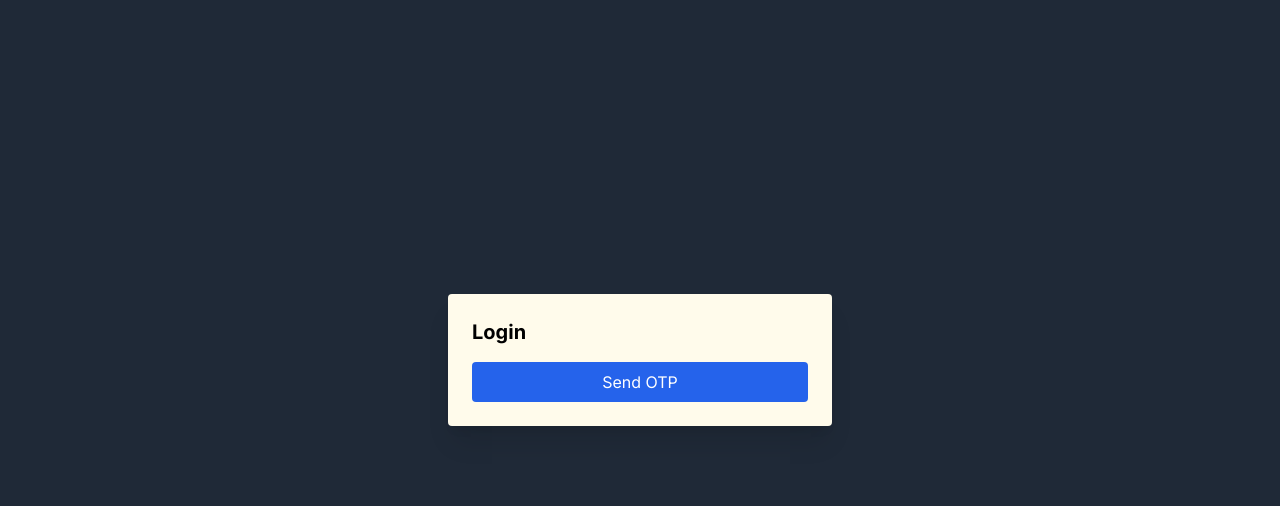
Repository: MaramMaryam/jedu
Page: /otp-login
These files come from the project's save history. The page is drawn as it stood at one moment and after the next save; the edit follows.
The browser window is 1280 px wide. The pictures show the whole page.
The project was rebuilt for these pictures with package versions that can differ from the ones it lists, and the page was loaded fresh each time. The framework's server and built-in components were replaced by stand-ins that run in the browser. Also part of the build but not shown: next.config.mjs.

Above is the page before, as saved 2024-09-01 13:26:44.

### src/app/otp-login/page.tsx
// 'use client'
// import React from "react";
// import { Formik, Form } from 'formik';
// import { TextInputBox } from '../components/forms/TextInputBox';
// import { loginOtpSchema } from "./validation";
// import { useRouter } from "next/navigation";
// import { Routes } from "../utils/endPoinrs";


// interface otp {
//   mobile: string,
// }
// export default function LoginOtp() {

//    const initVal: otp = { mobile: '09199999999' }
//    const router = useRouter();
//    const handleNavigation = (value:otp) => {
//     router.push(Routes.posts.POSTS); // Navigate to the About page
//     console.log(value)
//   };
//   return (
//     <div className="flex items-center justify-center min-h-screen bg-gray-800">
//         <Formik  initialValues={initVal}
//       validationSchema={loginOtpSchema}
//       onSubmit={handleNavigation}>
// {() => (
//         <Form className="bg-amber-50 p-6 rounded shadow-xl w-96">
//           <h1 className="text-xl font-bold mb-4">Login</h1>
//           <TextInputBox label="Mobile" name="mobile" type="text" placeholder="Enter your Mobile" />
//           <button type="submit" className="w-full bg-blue-600 text-white p-2 rounded hover:bg-blue-700">
//             Login
//           </button>
//         </Form>
//       )}
//         </Formik>

//   </div>
//   );
// }




















// pages/loginOtp.js
'use client';

import React, { useState } from "react";
import { Formik, Form } from 'formik';
import { TextInputBox } from '../components/forms/TextInputBox'; // Ensure this component exists
import { loginOtpSchema } from "./validation"; // Ensure this schema is defined
import { useRouter } from "next/navigation";
import { Routes } from "../utils/endPoinrs";
// Ensure this is the correct path

interface Otp {
  mobile: string;
}

export default function LoginOtp() {
  const [otpSent, setOtpSent] = useState(false);
  const [otp, setOtp] = useState('');
  const [generatedOtp, setGeneratedOtp] = useState('');
  const router = useRouter();

  const initVal: Otp = { mobile: '09194813585' };

  const handleSendOtp = (values: Otp) => {
    // Simulate OTP generation and sending
    console.log(values)
    const newOtp = Math.floor(100000 + Math.random() * 900000).toString(); // Generate a random 6-digit OTP
    setGeneratedOtp(newOtp);
    console.log(`OTP sent to ${values.mobile}: ${newOtp}`); // Simulate sending OTP
    setOtpSent(true);
  };

  const handleVerifyOtp = () => {
    // Simulate OTP verification
    if (otp === generatedOtp) {
      console.log("OTP verified successfully");
      // router.push(Routes.posts.POSTS); // Navigate to the posts page
    } else {
      console.error("Invalid OTP");
      alert("Invalid OTP. Please try again.");
    }
  };

  return (
    <div className="flex items-center justify-center min-h-screen bg-gray-800">
      <Formik
        initialValues={initVal}
        validationSchema={loginOtpSchema}
        onSubmit={otpSent ? handleVerifyOtp : handleSendOtp}
      >
        {() => (
          <Form className="bg-amber-50 p-6 rounded shadow-xl w-96">
            <h1 className="text-xl font-bold mb-4">Login</h1>
            <TextInputBox
              label="Mobile"
              name="mobile"
              type="text"
              placeholder="Enter your Mobile"
            />
            {otpSent && (
              <>
                <TextInputBox
                  label="OTP"
                  name="otp"
                  type="text"
                  placeholder="Enter OTP"
                  onChange={(e:any) => setOtp(e.target.value)}
                />
              </>
            )}
            <button
              type="submit"
              className="w-full bg-blue-600 text-white p-2 rounded hover:bg-blue-700"
            >
              {otpSent ? 'Verify OTP' : 'Send OTP'}
            </button>
          </Form>
        )}
      </Formik>
    </div>
  );
}

### src/app/components/QueryClient.tsx
'use client'
import { QueryClient, QueryClientProvider } from "@tanstack/react-query"

const queryClient = new QueryClient({
    // defaultOptions: {
    //     queries: {
    //         staleTime: 0, refetchIntervalInBackground: false,
    //         refetchInterval: false, refetchOnWindowFocus: false
    //     }
    // }
    defaultOptions: {
        queries: {
        //   cacheTime: 0,
          refetchOnWindowFocus: false,
          refetchOnMount: false,
          retry: false,
        },
        mutations: {
          retryDelay: 2000,
        },
      },
})

export const ReactQueryClientProvider = ({
    children,
}: { children: React.ReactNode; }
) => (
    <QueryClientProvider client={queryClient}>
        {children}
    </QueryClientProvider>
)
// Provide the client to your App

### src/app/components/forms/TextInputBox.tsx
// import { useField } from 'formik';

// interface MyTextInputProps {
//   label: string;
//   name: string;
//   type?: string;
//   placeholder?: string;
//   id?: string
//   onChange?:any
// }

// export const TextInputBox: React.FC<MyTextInputProps> = ({ label, ...props }) => {
//   const [field, meta] = useField(props);

//   return (
//     <div className="mb-4 border-gray-950">
//       <label htmlFor={props.id || props.name} className="block text-sm font-medium text-gray-700">
//         {label}
//       </label>
//       <input
//         className={`shadow-sm bg-gray-50 dark:bg-gray-200 dark:border-gray-600
//             dark:placeholder-gray-400 px-2 py-2 dark:focus:ring-blue-500
//             dark:focus:border-blue-500 focus:ring-indigo-500 focus:border-indigo-500 block w-full h-auto
//              border-white rounded-md ${
//           meta.touched && meta.error ? 'border-red-500' : ''
//         }`}
//         {...field}
//         {...props}
//       />
//       {meta.touched && meta.error ? (
//         <div className="text-red-500 text-sm">{meta.error}</div>
//       ) : null}
//     </div>
//   );
// };




// Example of TextInputBox component
import { Field, ErrorMessage } from 'formik';
interface MyTextInputProps {
  label: string;
  name: string;
  type?: string;
  placeholder?: string;
  id?: string
  onChange?:any
}
export const TextInputBox: React.FC<MyTextInputProps> = ({ label, ...props }) => {
  <div className="mb-4">
    <label className="block text-gray-700">{label}</label>
    <Field {...props} className="border rounded p-2 w-full" />
    <ErrorMessage name={props.name} component="div" className="text-red-500" />
  </div>

}

### src/app/otp-login/validation.ts
import * as Yup from 'yup';

// export const loginOtpSchema = Yup.object().shape({
//   mobile: Yup.string()
//     .matches(/^(0[1-9]{1}[0-9]{9})$/, "Invalid phone number")
//     .required('Required'),
//   otp: Yup.string()
//     .min(6, 'otp must be at least 6 characters')
//     .required('Required'),
// });

export const loginOtpSchema = Yup.object().shape({
  mobile: Yup.string()
    .required('Mobile number is required')
    .matches(/^[0-9]{11}$/, 'Mobile number must be 10 digits'),
  otp: Yup.string()
    .length(6, 'OTP must be 6 digits').required()
    // .when('otpSent', {
    //   is: true,
    //   then: Yup.string().required('OTP is required'),
    //   otherwise: Yup.string().notRequired(),
    // }),
});

Loaded but not shown: src/app/layout.tsx (common file); src/app/globals.css (common file); tailwind.config.ts (common file)

After the next save:
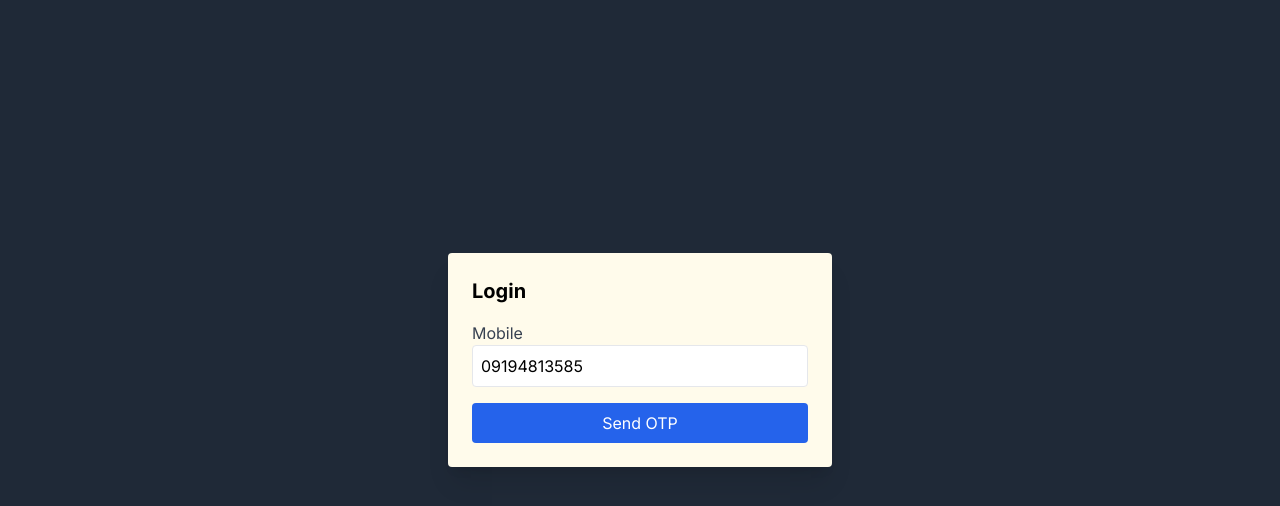
Saved 20 s later.
--- a/src/app/components/forms/TextInputBox.tsx
+++ b/src/app/components/forms/TextInputBox.tsx
@@ -48,10 +48,10 @@ interface MyTextInputProps {
   onChange?:any
 }
 export const TextInputBox: React.FC<MyTextInputProps> = ({ label, ...props }) => {
-  <div className="mb-4">
+  return <div className="mb-4">
     <label className="block text-gray-700">{label}</label>
     <Field {...props} className="border rounded p-2 w-full" />
     <ErrorMessage name={props.name} component="div" className="text-red-500" />
-  </div>
+  </div>;
 
 }
